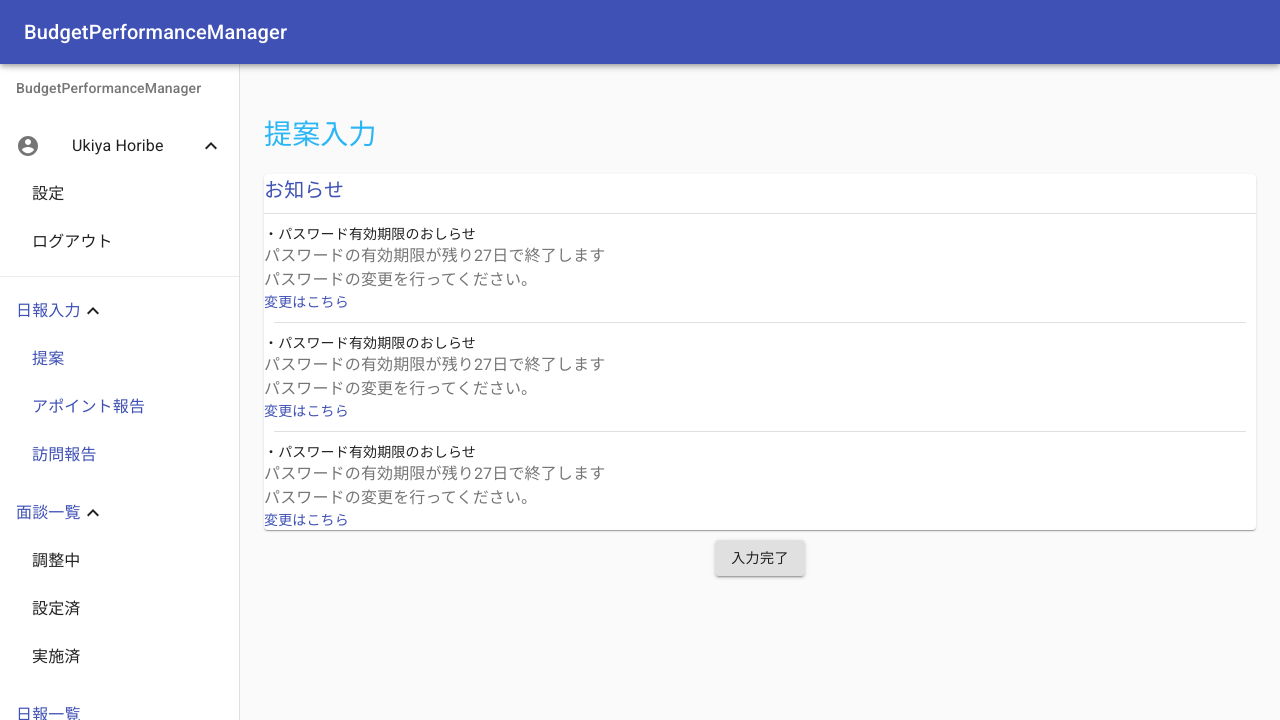
Repository: ukiyah/test
Page: /form_proposal (app in src/)
These files come from the project's save history. The page is drawn as it stood at one moment and after a run of saves; the edit follows.
The browser window is 1280 px wide. The pictures show the whole page.
The project was rebuilt for these pictures with package versions that can differ from the ones it lists, and the page was loaded fresh each time. Also part of the build but not shown: src/proposal/Table.js, src/proposal/list_proposal.js, src/Chart.js, src/Deposits.js, src/Orders.js, src/Dashboard.js, src/interview/Avatar.js, src/interview/Table.js and 9 more. Imported but missing from the stored project, and not drawn on this page: src/appointment/form_visit.

Above is the page before, as saved 2020-02-27 11:01:14.

### src/index.css
body {
  margin: 0;
  font-family: -apple-system, BlinkMacSystemFont, 'Segoe UI', 'Roboto', 'Oxygen',
    'Ubuntu', 'Cantarell', 'Fira Sans', 'Droid Sans', 'Helvetica Neue',
    sans-serif;
  -webkit-font-smoothing: antialiased;
  -moz-osx-font-smoothing: grayscale;
}

code {
  font-family: source-code-pro, Menlo, Monaco, Consolas, 'Courier New',
    monospace;
}

.button {
  color: #000;
}

h1 {
  text-align: center;
  color:#29B6F6;
  font-weight: normal;
}

### src/App.js
import React from 'react';
import 'typeface-roboto';
import {
  BrowserRouter,
  Route
} from "react-router-dom";
import list_proposal from "./proposal/list_proposal";
import Dashboard from "./Dashboard";
import list_interview from "./interview/list_interview";
import list_closing from "./closing/list_closing";
import list_appointment from "./appointment/list_appointment";
import list_daily_report from "./daily_report/list_daily_report";
import form_daily_report from "./daily_report/form_daily_report";
import form_proposal from "./proposal/form_proposal";
import form_appointment from "./appointment/form_appointment.jsx";
import form_visit from "./appointment/form_visit";
class App extends React.Component{

  render() {
    return (
      <div>

        <BrowserRouter>
          <div>
            <Route exact path="/" component={Dashboard} />
            <Route path="/list_proposal" component={list_proposal} />
            <Route path="/list_interview" component={list_interview} />
            <Route path="/list_closing" component={list_closing} />
            <Route path="/list_appointment" component={list_appointment} />
            <Route path="/list_daily_report" component={list_daily_report} />
            <Route path="/form_daily_report" component={form_daily_report} />
            <Route path="/form_proposal" component={form_proposal} />
            <Route path="/form_appointment" component={form_appointment} />
            <Route path="/form_visit" component={form_visit} />
         </div>
        </BrowserRouter>
        {/* <ClippedDrawer /> */}
      </div>
    );
  }

}

export default App;

### src/proposal/form_proposal.jsx
import React from 'react';
import clsx from 'clsx';
import { makeStyles } from '@material-ui/core/styles';
import CssBaseline from '@material-ui/core/CssBaseline';


import Container from '@material-ui/core/Container';
import Grid from '@material-ui/core/Grid';
import Drawer from "../Drawer";
import ExpansionPanel from "./ExpansionPanel.jsx";
import Button from "@material-ui/core/Button";
import Form from "./Form";
import Paper from "@material-ui/core/Paper";

const useStyles = makeStyles(theme => ({
  root: {
    display: 'flex',
  },

  appBarSpacer: theme.mixins.toolbar,
  content: {
    flexGrow: 1,
    height: '100vh',
    overflow: 'auto',
  },
  container: {
    paddingTop: theme.spacing(4),
    paddingBottom: theme.spacing(4),
  },

  fixedHeight: {
    height: 520,
  },
}));

export default function Dashboard() {
  const classes = useStyles();
  return (
    <div className={classes.root}>
      <CssBaseline />
      <Drawer />
      <main className={classes.content}>
        <div className={classes.appBarSpacer} />
        <Container maxWidth="lg" className={classes.container}>
          <Grid container spacing={3}>

            <Grid item xs={12} >
              <span style={{display:"flex"}}>
                <h1>提案入力</h1>
              </span>
              <Paper>
                <Form />
              </Paper>
              <div style={{marginTop: 10, textAlign: "center"}}>
                <Button variant="contained" >入力完了</Button>
              </div>

            </Grid>

          </Grid>

        </Container>
      </main>
    </div>
  );
}

### src/Drawer.js
import React from 'react';
import { makeStyles } from '@material-ui/core/styles';
import Drawer from '@material-ui/core/Drawer';
import AppBar from '@material-ui/core/AppBar';
import CssBaseline from '@material-ui/core/CssBaseline';
import Toolbar from '@material-ui/core/Toolbar';
import Typography from '@material-ui/core/Typography';
import SimpleTable from "./proposal/Table";
import NestedList from "./NestedList";
const drawerWidth = 240;

const useStyles = makeStyles(theme => ({
  root: {
    display: 'flex',
  },
  appBar: {
    zIndex: theme.zIndex.drawer + 1,
  },
  drawer: {
    width: drawerWidth,
    flexShrink: 0,
  },
  drawerPaper: {
    width: drawerWidth,
  },
  content: {
    flexGrow: 1,
    padding: theme.spacing(3),
  },
  toolbar: theme.mixins.toolbar,
}));

export default function ClippedDrawer() {
  const classes = useStyles();

  return (
    <div className={classes.root}>
      <CssBaseline />
      <AppBar position="fixed" className={classes.appBar}>
        <Toolbar>
          <Typography variant="h6" noWrap>
            BudgetPerformanceManager
          </Typography>
        </Toolbar>
      </AppBar>
      <Drawer
        className={classes.drawer}
        variant="permanent"
        classes={{
          paper: classes.drawerPaper,
        }}
      >
        <div className={classes.toolbar} />
        <NestedList />
      </Drawer>

    </div>
  );
}

### src/proposal/Form.jsx
import React from 'react';
import Link from '@material-ui/core/Link';
import { makeStyles } from '@material-ui/core/styles';
import Typography from '@material-ui/core/Typography';
import Title from '../Title';
import { Divider } from '@material-ui/core';

function preventDefault(event) {
  event.preventDefault();
}

const useStyles = makeStyles({
  depositContext: {
    flex: 1,
  },
});

export default function Deposits() {
  const classes = useStyles();
  return (
    <React.Fragment>
      <Title>お知らせ</Title>
      <Divider style={{marginBottom:10}}/>
      <Typography component="p" variant="p">
        ・パスワード有効期限のおしらせ
      </Typography>
      <Typography color="textSecondary" className={classes.depositContext}>
      パスワードの有効期限が残り27日で終了します<br></br>パスワードの変更を行ってください。
      </Typography>
      <div>
        <Link color="primary" href="#" onClick={preventDefault}>
          変更はこちら
        </Link>
      </div>
      <Divider style={{margin:10}}/>
      <Typography component="p" variant="p">
        ・パスワード有効期限のおしらせ
      </Typography>
      <Typography color="textSecondary" className={classes.depositContext}>
      パスワードの有効期限が残り27日で終了します<br></br>パスワードの変更を行ってください。
      </Typography>
      <div>
        <Link color="primary" href="#" onClick={preventDefault}>
          変更はこちら
        </Link>
      </div>
      <Divider style={{margin:10}}/>
      <Typography component="p" variant="p">
        ・パスワード有効期限のおしらせ
      </Typography>
      <Typography color="textSecondary" className={classes.depositContext}>
      パスワードの有効期限が残り27日で終了します<br></br>パスワードの変更を行ってください。
      </Typography>
      <div>
        <Link color="primary" href="#" onClick={preventDefault}>
          変更はこちら
        </Link>
      </div>
    </React.Fragment>
  );
}

### src/NestedList.js
import React from 'react';
import { makeStyles } from '@material-ui/core/styles';
import ListSubheader from '@material-ui/core/ListSubheader';
import List from '@material-ui/core/List';
import ListItem from '@material-ui/core/ListItem';
import ListItemIcon from '@material-ui/core/ListItemIcon';
import ListItemText from '@material-ui/core/ListItemText';
import Collapse from '@material-ui/core/Collapse';
import InboxIcon from '@material-ui/icons/MoveToInbox';
import DraftsIcon from '@material-ui/icons/Drafts';
import SendIcon from '@material-ui/icons/Send';
import ExpandLess from '@material-ui/icons/ExpandLess';
import ExpandMore from '@material-ui/icons/ExpandMore';
import StarBorder from '@material-ui/icons/StarBorder';
import AccountCircle from '@material-ui/icons/AccountCircle';
import Divider from '@material-ui/core/Divider';
import Link from '@material-ui/core/Link';
const useStyles = makeStyles(theme => ({
  root: {
    width: '100%',
    maxWidth: 360,
    backgroundColor: theme.palette.background.paper,
  },
  nested: {
    paddingLeft: theme.spacing(4),
  },
}));

export default function NestedList() {
  const classes = useStyles();
  const [open1, setOpen1] = React.useState(true);
  const [open2, setOpen2] = React.useState(true);
  const [open3, setOpen3] = React.useState(true);
  const [open4, setOpen4] = React.useState(true);

  const handleClick1 = () => {
    setOpen1(!open1);
  };
  const handleClick2 = () => {
    setOpen2(!open2);
  };
  const handleClick3 = () => {
    setOpen3(!open3);
  };
  const handleClick4 = () => {
    setOpen4(!open4);
  };
  return (
    <List
      component="nav"
      aria-labelledby="nested-list-subheader"
      subheader={
        <ListSubheader component="div" id="nested-list-subheader">
          BudgetPerformanceManager
        </ListSubheader>
      }
      className={classes.root}
    >
      <div style={{ marginTop: 10, marginBottom: 10 }}>
        <ListItem button onClick={handleClick1}>
          <ListItemIcon>
            <AccountCircle />
          </ListItemIcon>
          <ListItemText primary="Ukiya Horibe" />
          {open1 ? <ExpandLess /> : <ExpandMore />}
        </ListItem>
        <Collapse in={open1} timeout="auto" unmountOnExit>
          <List component="div" disablePadding>
            <ListItem button className={classes.nested}>
              {/* <ListItemIcon>
              <StarBorder />
            </ListItemIcon> */}
              <ListItemText primary="設定" />
            </ListItem>
            <ListItem button className={classes.nested}>
              <ListItemText primary="ログアウト" />
            </ListItem>
          </List>
        </Collapse>
      </div>
      <Divider light />
      <div style={{ marginTop: 10 }}>
        <ListItem button onClick={handleClick2}>
          <Link href="form_daily_report" >
            <ListItemText primary="日報入力" />
          </Link>
          {open2 ? <ExpandLess /> : <ExpandMore />}
        </ListItem>
        <Collapse in={open2} timeout="auto" unmountOnExit>
          <List component="div" disablePadding>
            <ListItem button className={classes.nested}>
              <Link href="form_proposal" >
                <ListItemText primary="提案" />
              </Link>
            </ListItem>
            <ListItem button className={classes.nested}>
              <Link href="form_appointment" >
                <ListItemText primary="アポイント報告" />
              </Link>
            </ListItem>
            <ListItem button className={classes.nested}>
              <Link href="form_visit">
                <ListItemText primary="訪問報告" />
              </Link>
            </ListItem>
          </List>
        </Collapse>
      </div>
      <div style={{ marginTop: 10 }}>
        <ListItem button onClick={handleClick3}>
          <Link href="list_interview" >
            <ListItemText primary="面談一覧" />
          </Link>

          {open3 ? <ExpandLess /> : <ExpandMore />}
        </ListItem>
        <Collapse in={open3} timeout="auto" unmountOnExit>
          <List component="div" disablePadding>
            <ListItem button className={classes.nested}>
              <ListItemText primary="調整中" />
            </ListItem>
            <ListItem button className={classes.nested}>
              <ListItemText primary="設定済" />
            </ListItem>
            <ListItem button className={classes.nested}>
              <ListItemText primary="実施済" />
            </ListItem>
          </List>
        </Collapse>
      </div>
      <div style={{ marginTop: 10 }}>
        <ListItem button>
          <Link href="/list_daily_report" >
            <ListItemText primary="日報一覧" />
          </Link>
        </ListItem>
      </div>
      <div style={{ marginTop: 10 }}>
        <ListItem button onClick={handleClick4}>
          <ListItemText primary="その他の一覧" />

          {open4 ? <ExpandLess /> : <ExpandMore />}
        </ListItem>
        <Collapse in={open4} timeout="auto" unmountOnExit>
          <List component="div" disablePadding>
            <ListItem button className={classes.nested}>
              <Link href="/list_proposal" >
                <ListItemText primary="提案" />
              </Link>

            </ListItem>
            <ListItem button className={classes.nested}>
              <Link href="/list_closing" >
                <ListItemText primary="成約" />
              </Link>
            </ListItem>
            <ListItem button className={classes.nested}>
              <Link href="/list_appointment" >
                <ListItemText primary="架電報告" />
              </Link>
            </ListItem>
          </List>
        </Collapse>
      </div>
    </List>
  );
}

### src/Title.js
import React from 'react';
import PropTypes from 'prop-types';
import Typography from '@material-ui/core/Typography';

export default function Title(props) {
  return (
    <Typography component="h2" variant="h6" color="primary" gutterBottom>
      {props.children}
    </Typography>
  );
}

Title.propTypes = {
  children: PropTypes.node,
};

### src/proposal/ExpansionPanel.jsx
import React from 'react';
import { makeStyles } from '@material-ui/core/styles';
import ExpansionPanel from '@material-ui/core/ExpansionPanel';
import ExpansionPanelSummary from '@material-ui/core/ExpansionPanelSummary';
import ExpansionPanelDetails from '@material-ui/core/ExpansionPanelDetails';
import Typography from '@material-ui/core/Typography';
import ExpandMoreIcon from '@material-ui/icons/ExpandMore';
import SelectBox from "../SelectBox.jsx";
import TextField from "../TextField";
import Button from "@material-ui/core/Button";
import Switch from "../Switch";
import MultiLineTextField from "../MultiLineTextField";
import RadioButton from "../RadioButton";
import ContainedButtons from "../Button";
const useStyles = makeStyles(theme => ({
  root: {
    width: '100%',
  },
  heading: {
    fontSize: theme.typography.pxToRem(15),
    fontWeight: theme.typography.fontWeightRegular,
  },
  list: {
    marginBottom: 5,
  }
}));

export default function SimpleExpansionPanel() {
  const classes = useStyles();

  return (
    <div className={classes.root}>
      <ExpansionPanel>
        <ExpansionPanelSummary
          expandIcon={<ExpandMoreIcon />}
          aria-controls="panel1a-content"
          id="panel1a-header"
        >
          <Typography className={classes.heading}><h3 style={{ fontWeight: "normal", borderBottom: "solid 3px #4FC3F7" }}>日報内容追加</h3></Typography>
        </ExpansionPanelSummary>
        <ExpansionPanelDetails>
          <Typography >
            <h4 style={{fontWeight:"normal",borderBottom: "solid 1px #4FC3F7"}}>本日のスケジュール</h4>
            <ul>
              <li>10：00 　~　 11 : 00　　週次定例会：</li>
              <li>15：00 　~　 16 : 00　　訪問 ： 株式会社テクノテック</li>
              <li>16：00 　~　 17 : 00　　面談 ： Ales x トラストグロース</li>
            </ul>
            <div style={{ display: "flex" }}>
              <SelectBox value="時" item1="12" item2="13" item3="14" />
              <p>~</p>
              <SelectBox value="分" item1="00" item2="15" item3="30" />
              <SelectBox value="区分" item1="定例会" item2="訪問" item3="面談" />
              <TextField label="詳細" />
            </div>
            <br></br>
            <Button variant="contained" >追加</Button>
            <br></br>
            <br></br>
            <Switch label="SIS入力" />
            <MultiLineTextField />
            <h4 style={{fontWeight:"normal",borderBottom: "solid 1px #4FC3F7"}}>所感・次営業日の行動目標</h4>
            <RadioButton />
            <MultiLineTextField label="所感・行動目標"/>
          </Typography>
        </ExpansionPanelDetails>
      </ExpansionPanel>
      <ExpansionPanel>
        <ExpansionPanelSummary
          expandIcon={<ExpandMoreIcon />}
          aria-controls="panel2a-content"
          id="panel2a-header"
        >
          <Typography className={classes.heading}><h3 style={{ fontWeight: "normal", borderBottom: "solid 3px #4FC3F7" }}>出力日報内容</h3></Typography>
        </ExpansionPanelSummary>
        <ExpansionPanelDetails>
          <Typography>
          <h4 style={{fontWeight:"normal" ,borderBottom: "solid 1px #4FC3F7"}}>実績</h4>
          <p>　　週間</p>
          <ul>
            <li>提案　　　　=　　29件　/　29件</li>
            <li>面談調整　　=　　1件</li>
            <li>面談設定　　=　　3件　/　　3件</li>
            <li>面談実施　　=　　2件　/　　3件</li>
          </ul>
          <p>月間</p>
          <ul>
            <li>成約　　　　=　　実績　2件　　/　目標　29件</li>
            <li>目標粗利　　=　　実績　10万円　/　目標　20万円</li>
          </ul>
          <h4 style={{fontWeight:"normal" ,borderBottom: "solid 1px #4FC3F7"}}>テレマ</h4>
          <ul>
            <li>アポ取得件数　　=　　0件</li>
            <li>訪問数　　　　　=　　2件</li>
          </ul>
          <ul>
            <li>zero networks株式会社　　（2/22　新宿駅　アベ様　14 : 00 ）</li>
            <li>株式会社グッドサン　　（2/22　新宿駅　アベ様　14 : 00 ）</li>
          </ul>
          <h4 style={{fontWeight:"normal" ,borderBottom: "solid 1px #4FC3F7"}}>成約</h4>
          <ul>
            <li>成約.1
              <ul>
                <li>c.paradiso　　x　　ACWEB(湯浅さん）　　12/3入場</li>
                <li>＜提案54万円：仕入れ50万円：粗利　4万円＞</li>
              </ul>
            </li>
            <li>成約.2
              <ul>
                <li>c.paradiso　　x　　ACWEB(湯浅さん）　　12/3入場</li>
                <li>＜提案54万円：仕入れ50万円：粗利　4万円＞</li>
              </ul>
            </li>

          </ul>
          <h4 style={{fontWeight:"normal" ,borderBottom: "solid 1px #4FC3F7"}}>面談実施</h4>
          <ul>
            <li>
              <ContainedButtons name="結果入力"></ContainedButtons>
              　　c.paradiso　　x　　ACWEB(湯浅さん）　　12/3 (1/2)　六本木
            </li>
            <li>　　　　　　　　＜提案54万円：仕入れ50万円：粗利　4万円＞　　⇒　　辞退</li>
          </ul>
          <h4 style={{fontWeight:"normal" ,borderBottom: "solid 1px #4FC3F7"}}>面談設定</h4>
          <ul>
            <li className={classes.list}>
              <ContainedButtons name="結果入力"></ContainedButtons>
              　　c.paradiso　　x　　ACWEB(湯浅さん）　　12/3
            </li>
            <li>
              <ContainedButtons name="結果入力"></ContainedButtons>
              　　c.paradiso　　x　　ACWEB(湯浅さん）　　12/5
            </li>
          </ul>
          <h4 style={{fontWeight:"normal" ,borderBottom: "solid 1px #4FC3F7"}}>面談調整</h4>
          <ul>
            <li className={classes.list}>
              <ContainedButtons name="結果入力"></ContainedButtons>
              　　c.paradiso　　x　　ACWEB(湯浅さん）
            </li>
            <li>
              <ContainedButtons name="結果入力"></ContainedButtons>
              　　c.paradiso　　x　　ACWEB(湯浅さん）
            </li>
          </ul>

          </Typography>
        </ExpansionPanelDetails>
      </ExpansionPanel>

    </div>
  );
}

### src/Button.js
import React from 'react';
import { makeStyles } from '@material-ui/core/styles';
import Button from '@material-ui/core/Button';

const useStyles = makeStyles(theme => ({
  root: {
    '& > *': {
      marginLeft: 5 ,

    },
  },
}));
//いろんなボタンが用意されてるけど1つのボタンだけ使う。
export default function ContainedButtons(props) {
  const classes = useStyles();

  return (
    // <div className={classes.root}>
    //   {/* <Button variant="contained">Default</Button>
    //   <Button variant="contained" color="primary">
    //     Primary
    //   </Button>
    //   <Button variant="contained" color="secondary">
    //     Secondary
    //   </Button>
    //   <Button variant="contained" disabled>
    //     Disabled
    //   </Button> */}
      <Button variant="contained" color="primary" href="#contained-buttons">
        {props.name}
      </Button>
    // </div>
  );
}

### src/SelectBox.jsx
import React from 'react';
import { makeStyles } from '@material-ui/core/styles';
import InputLabel from '@material-ui/core/InputLabel';
import FormControl from '@material-ui/core/FormControl';
import Select from '@material-ui/core/Select';

const useStyles = makeStyles(theme => ({
  formControl: {
    margin: theme.spacing(1),
    minWidth: 120,
  },
  selectEmpty: {
    marginTop: theme.spacing(2),
  },
}));

export default function NativeSelects(props) {
  const classes = useStyles();
  const [state, setState] = React.useState({
    age: '',
    name: 'hai',
  });



  const handleChange = name => event => {
    setState({
      ...state,
      [name]: event.target.value,
    });
  };

  return (
    <div>

      <FormControl className={classes.formControl}>
        <InputLabel htmlFor="age-native-simple">{props.value}</InputLabel>
        <Select
          native
          value={state.age}
          onChange={handleChange('age')}
          inputProps={{
            name: 'age',
            id: 'age-native-simple',
          }}
        >
          <option value="" />
          <option value={10}>{props.item1}</option>
          <option value={20}>{props.item2}</option>
          <option value={30}>{props.item3}</option>
        </Select>
      </FormControl>




    </div>
  );
}

### src/TextField.jsx
import React from 'react';
import { makeStyles } from '@material-ui/core/styles';
import TextField from '@material-ui/core/TextField';

const useStyles = makeStyles(theme => ({
  root: {
    '& > *': {
      margin: theme.spacing(1),
      width: 200,
    },
  },
}));

export default function BasicTextFields(props) {
  const classes = useStyles();

  return (
    <form className={classes.root} noValidate autoComplete="off">
      <TextField id="standard-basic" label={props.label} />
    </form>
  );
}

### src/Switch.jsx
import React from 'react';
import FormGroup from '@material-ui/core/FormGroup';
import FormControlLabel from '@material-ui/core/FormControlLabel';
import Switch from '@material-ui/core/Switch';
export default function SwitchLabels(props) {

  const [state, setState] = React.useState({
    checkedB: true,
  });

  const handleChange = name => event => {
    setState({ ...state, [name]: event.target.checked });
  };
  return (
    <FormGroup row>

      <FormControlLabel
        control={
          <Switch
            checked={state.checkedB}
            onChange={handleChange('checkedB')}
            value="checkedB"
            color="primary"
          />
        }
        label={props.label}
      />
    </FormGroup>
  );
}

### src/MultiLineTextField.jsx
import React from 'react';
import { makeStyles } from '@material-ui/core/styles';
import TextField from '@material-ui/core/TextField';

const useStyles = makeStyles(theme => ({
  root: {
    '& .MuiTextField-root': {
      margin: theme.spacing(1),
      width: 600,
    },
  },
}));

export default function MultilineTextFields(props) {
  const classes = useStyles();
  const [value, setValue] = React.useState('Controlled');

  const handleChange = event => {
    setValue(event.target.value);
  };

  return (
    <form className={classes.root} noValidate autoComplete="off">
        <TextField
          id="outlined-multiline-static"
          label={props.label}
          multiline
          rows="4"
          variant="outlined"
        />
    </form>
  );
}

### src/RadioButton.jsx
import React from 'react';
import { makeStyles } from '@material-ui/core/styles';
import Radio from '@material-ui/core/Radio';
import RadioGroup from '@material-ui/core/RadioGroup';
import FormHelperText from '@material-ui/core/FormHelperText';
import FormControlLabel from '@material-ui/core/FormControlLabel';
import FormControl from '@material-ui/core/FormControl';
import FormLabel from '@material-ui/core/FormLabel';
const useStyles = makeStyles(theme => ({
  formControl: {
    margin: theme.spacing(3),
  },
}));

export default function RadioButtonsGroup() {
  const classes = useStyles();
  const [value, setValue] = React.useState('female');

  const handleChange = event => {
    setValue(event.target.value);
  };

  return (
    <div>
      <FormControl component="fieldset" className={classes.formControl}>
        <FormLabel component="legend">評価</FormLabel>
        <RadioGroup aria-label="gender" name="gender1" value={value} onChange={handleChange}>
          <FormControlLabel value="female" control={<Radio color="primary"/>} label="Good" />
          <FormControlLabel value="male" control={<Radio color="primary"/>} label="Usually" />
          <FormControlLabel value="other" control={<Radio color="primary"/>} label="not so good" />
        </RadioGroup>
      </FormControl>

    </div>
  );
}

Loaded but not shown: src/index.js (common file); src/serviceWorker.js (common file); src/appointment/form_appointment.jsx (no stored copy; drawn as an empty file)

After the next 2 saves:
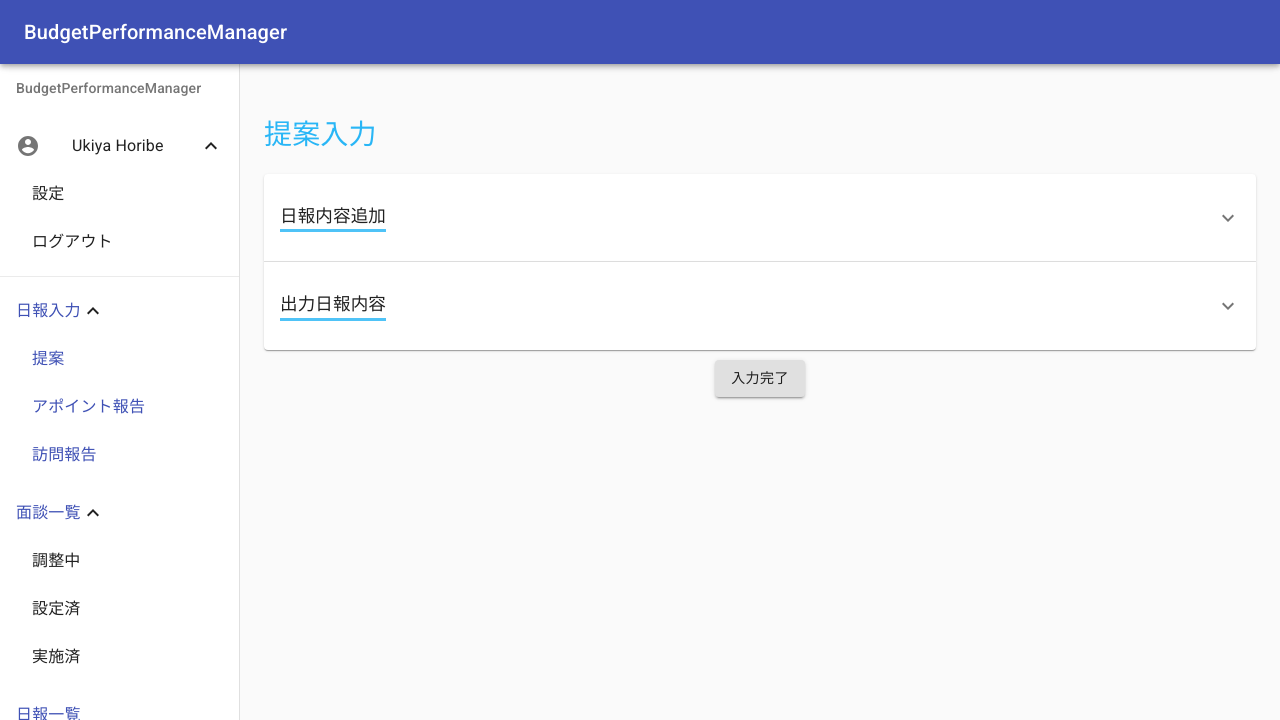
The 2 saves are shown as one change because 1 did not build or start.
The last was saved 43 s later.
--- a/src/proposal/form_proposal.jsx
+++ b/src/proposal/form_proposal.jsx
@@ -9,8 +9,6 @@ import Grid from '@material-ui/core/Grid';
 import Drawer from "../Drawer";
 import ExpansionPanel from "./ExpansionPanel.jsx";
 import Button from "@material-ui/core/Button";
-import Form from "./Form";
-import Paper from "@material-ui/core/Paper";
 
 const useStyles = makeStyles(theme => ({
   root: {
@@ -48,9 +46,7 @@ export default function Dashboard() {
               <span style={{display:"flex"}}>
                 <h1>提案入力</h1>
               </span>
-              <Paper>
-                <Form />
-              </Paper>
+                <ExpansionPanel />
               <div style={{marginTop: 10, textAlign: "center"}}>
                 <Button variant="contained" >入力完了</Button>
               </div>
